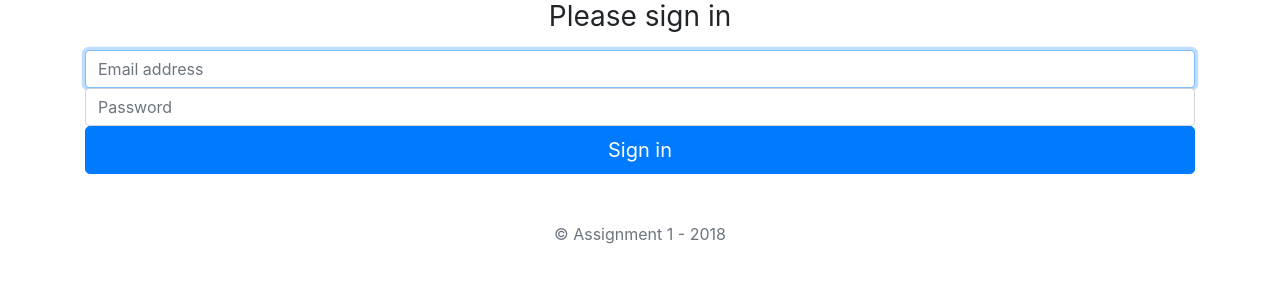
Repository: Yodilicious/PROG3060Assignment1
Page: http://localhost/PROG3060Assignment1JV/
An editor plug-in stored every save of this project. The page is shown before and after the next save, followed by the edit.
The browser window is 1280 px wide. The pictures show the whole page.
Some web libraries are served in a nearby version. The page is served by Tomcat 9. Other server files are loaded and not shown.

Above is the page before, as saved 2018-02-19 03:27:02.

### PROG3060Assignment1JV/WebContent/html/Login.jsp
<%@ page language="java" contentType="text/html; charset=ISO-8859-1"
    pageEncoding="ISO-8859-1" %>
<!DOCTYPE html PUBLIC "-//W3C//DTD HTML 4.01 Transitional//EN" "http://www.w3.org/TR/html4/loose.dtd">
<html>
<head>
<meta charset="utf-8">
<meta name="viewport" content="width=device-width, initial-scale=1, shrink-to-fit=no">
<link rel="stylesheet" href="https://maxcdn.bootstrapcdn.com/bootstrap/4.0.0/css/bootstrap.min.css" integrity="sha384-Gn5384xqQ1aoWXA+058RXPxPg6fy4IWvTNh0E263XmFcJlSAwiGgFAW/dAiS6JXm" crossorigin="anonymous">
<link href="PROG3060Assignment1JV/css/signin.css" rel="stylesheet">
<title>Assignment 1 - Canada Census</title>
</head>
<body class="text-center">
    <div class="container">
	    <form class="form-signin" method="get" action="LoginProcess">
	      <h1 class="h3 mb-3 font-weight-normal">Please sign in</h1>
	      <label for="inputEmail" class="sr-only">Email address</label>
	      <input type="email" id="inputEmail" class="form-control" placeholder="Email address" required autofocus>
	      <label for="inputPassword" class="sr-only">Password</label>
	      <input type="password" id="inputPassword" class="form-control" placeholder="Password" required>
	      <button class="btn btn-lg btn-primary btn-block" type="submit">Sign in</button>
	      <p class="mt-5 mb-3 text-muted">&copy; Assignment 1 - 2018</p>
	    </form>
	</div>
	<script src="https://code.jquery.com/jquery-3.2.1.slim.min.js" integrity="sha384-KJ3o2DKtIkvYIK3UENzmM7KCkRr/rE9/Qpg6aAZGJwFDMVNA/GpGFF93hXpG5KkN" crossorigin="anonymous"></script>
	<script src="https://cdnjs.cloudflare.com/ajax/libs/popper.js/1.12.9/umd/popper.min.js" integrity="sha384-ApNbgh9B+Y1QKtv3Rn7W3mgPxhU9K/ScQsAP7hUibX39j7fakFPskvXusvfa0b4Q" crossorigin="anonymous"></script>
	<script src="https://cdnjs.cloudflare.com/ajax/libs/tether/1.4.0/js/tether.min.js" integrity="sha384-DztdAPBWPRXSA/3eYEEUWrWCy7G5KFbe8fFjk5JAIxUYHKkDx6Qin1DkWx51bBrb" crossorigin="anonymous"></script>
	<script src="https://maxcdn.bootstrapcdn.com/bootstrap/4.0.0/js/bootstrap.min.js" integrity="sha384-JZR6Spejh4U02d8jOt6vLEHfe/JQGiRRSQQxSfFWpi1MquVdAyjUar5+76PVCmYl" crossorigin="anonymous"></script>

</body>
</html>

### PROG3060Assignment1JV/src/prog3060/assignment1/jvisser/servlets/Login.java
package prog3060.assignment1.jvisser.servlets;

import java.io.IOException;

import javax.servlet.ServletException;
import javax.servlet.annotation.WebServlet;
import javax.servlet.http.HttpServlet;
import javax.servlet.http.HttpServletRequest;
import javax.servlet.http.HttpServletResponse;

@WebServlet("/")
public class Login extends HttpServlet {

	/**
	 *
	 */
	private static final long serialVersionUID = 1L;

	@Override
	protected void doGet(HttpServletRequest req, HttpServletResponse resp) throws ServletException, IOException {

		req.getRequestDispatcher("/html/Login.jsp").forward(req, resp);
	}
}

After the next save:
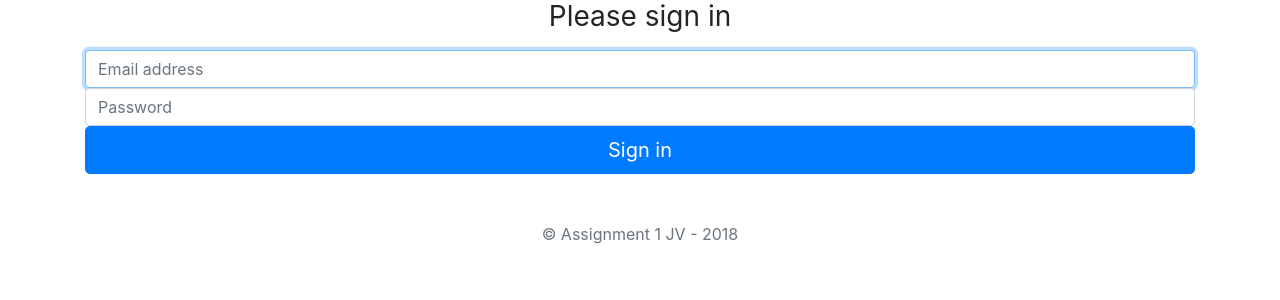
Saved 21 s later.
--- a/PROG3060Assignment1JV/WebContent/html/Login.jsp
+++ b/PROG3060Assignment1JV/WebContent/html/Login.jsp
@@ -18,7 +18,7 @@
 	      <label for="inputPassword" class="sr-only">Password</label>
 	      <input type="password" id="inputPassword" class="form-control" placeholder="Password" required>
 	      <button class="btn btn-lg btn-primary btn-block" type="submit">Sign in</button>
-	      <p class="mt-5 mb-3 text-muted">&copy; Assignment 1 - 2018</p>
+	      <p class="mt-5 mb-3 text-muted">&copy; Assignment 1 JV - 2018</p>
 	    </form>
 	</div>
 	<script src="https://code.jquery.com/jquery-3.2.1.slim.min.js" integrity="sha384-KJ3o2DKtIkvYIK3UENzmM7KCkRr/rE9/Qpg6aAZGJwFDMVNA/GpGFF93hXpG5KkN" crossorigin="anonymous"></script>
